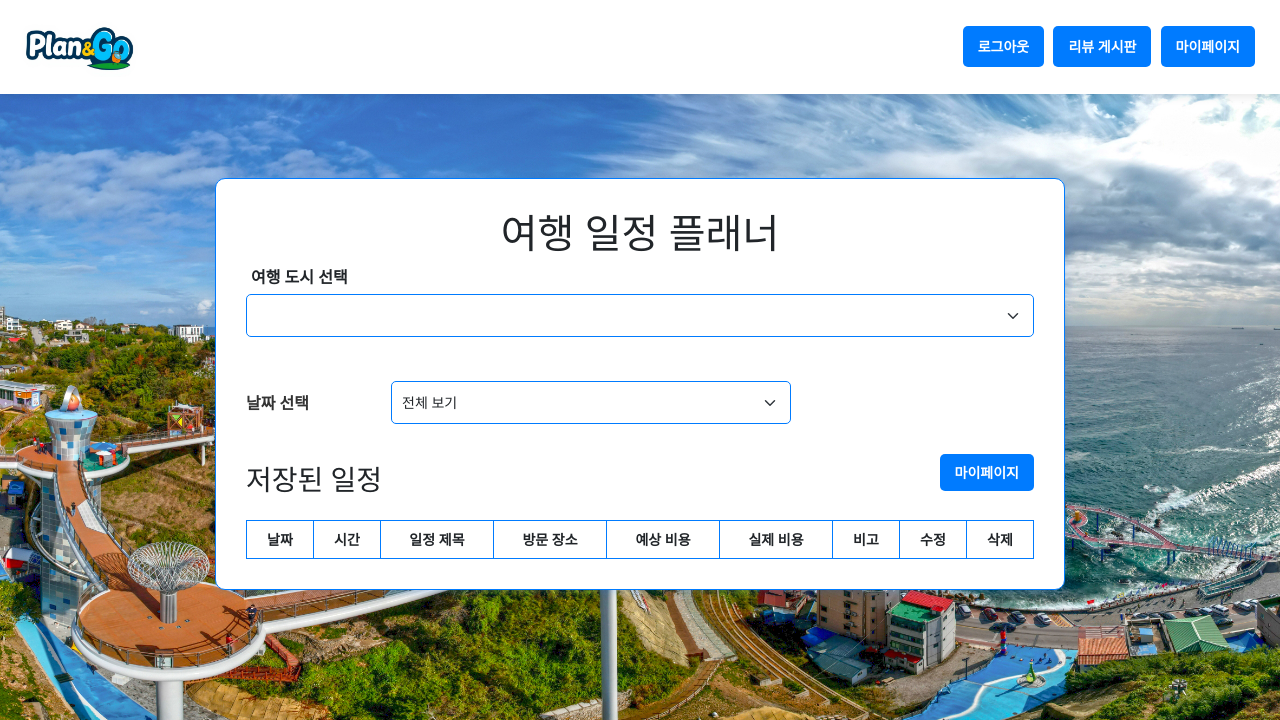
Repository: ParkHuiWoong/PlanandGo
Page: http://localhost/plan_and_go_Prj/WEB-INF/views/planner/planForm2.jsp
The author's editor kept a copy of each file at every save. The page is drawn from the files as they stood at one save, then again after the next save.
The browser window is 1280 px wide. The pictures show the whole page.
The page is served by Tomcat 9. Nobody is signed in. The template is opened directly, without the code that normally fills it, so the values that code supplies are empty.

Above is the page before, as saved 2025-04-09 02:56:39.

After the next save:
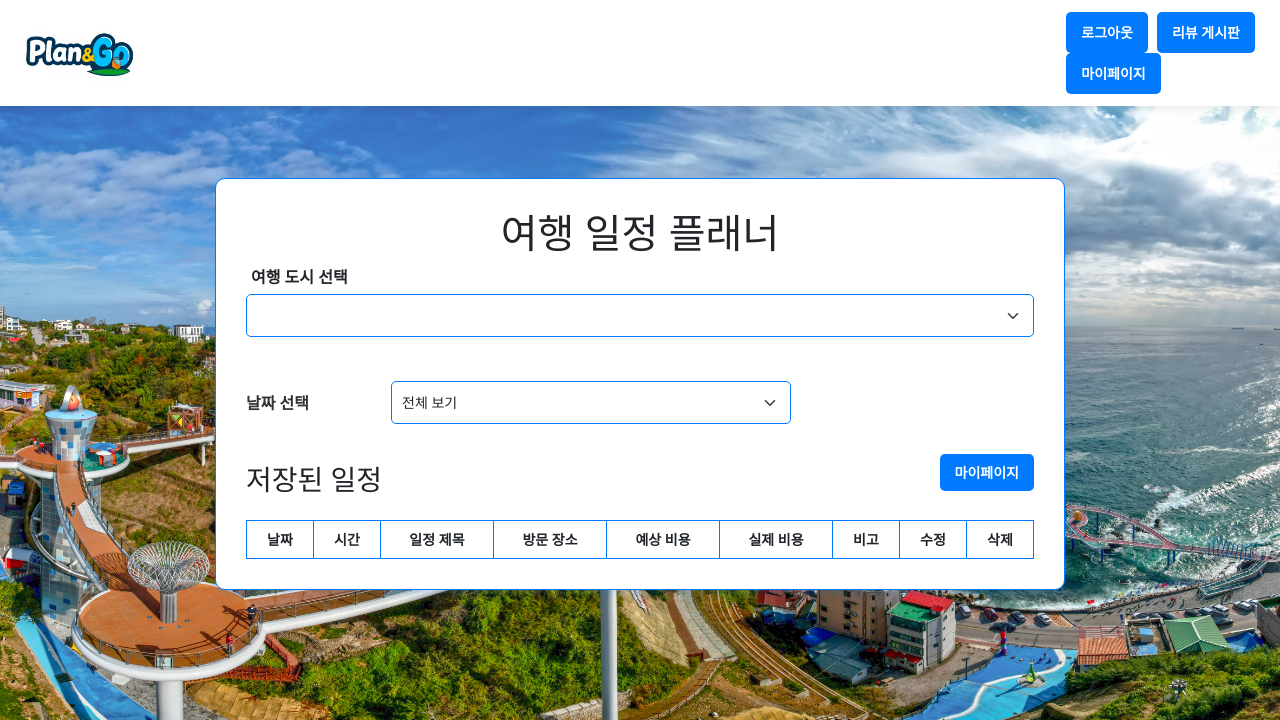
Saved 48 s later.
--- a/workspace_plan_and_go/plan_and_go/plan_and_go_Prj/src/main/webapp/WEB-INF/views/planner/planForm2.jsp
+++ b/workspace_plan_and_go/plan_and_go/plan_and_go_Prj/src/main/webapp/WEB-INF/views/planner/planForm2.jsp
@@ -41,7 +41,12 @@ String group_id = request.getParameter("group_id");
 			<a class="btn btn-outline-secondary"
 			href="${contextPath}/review/list.do">리뷰 게시판</a>
 
-			<a class="btn btn-outline-success" href="#" onclick="postToMyPage(); return false;">마이페이지</a>
+			<form id="planFormMyPage2" action="${contextPath}/board/myPage.do" method="POST">
+				<input type="hidden" name="MEMBER_ID" value="${loggedInUser.MEMBER_ID}">
+				<button class="btn btn-outline-success">마이페이지</button>
+			</form>
+
+			<!-- <a class="btn btn-outline-success" href="#" onclick="postToMyPage(); return false;">마이페이지</a> -->
 			<!-- myPage POST 요청으로 수정 -->
 			<form id="planFormMyPage" action="${contextPath}/board/myPage.do" method="POST">
 				<input type="hidden" name="MEMBER_ID" value="${loggedInUser.MEMBER_ID}">
